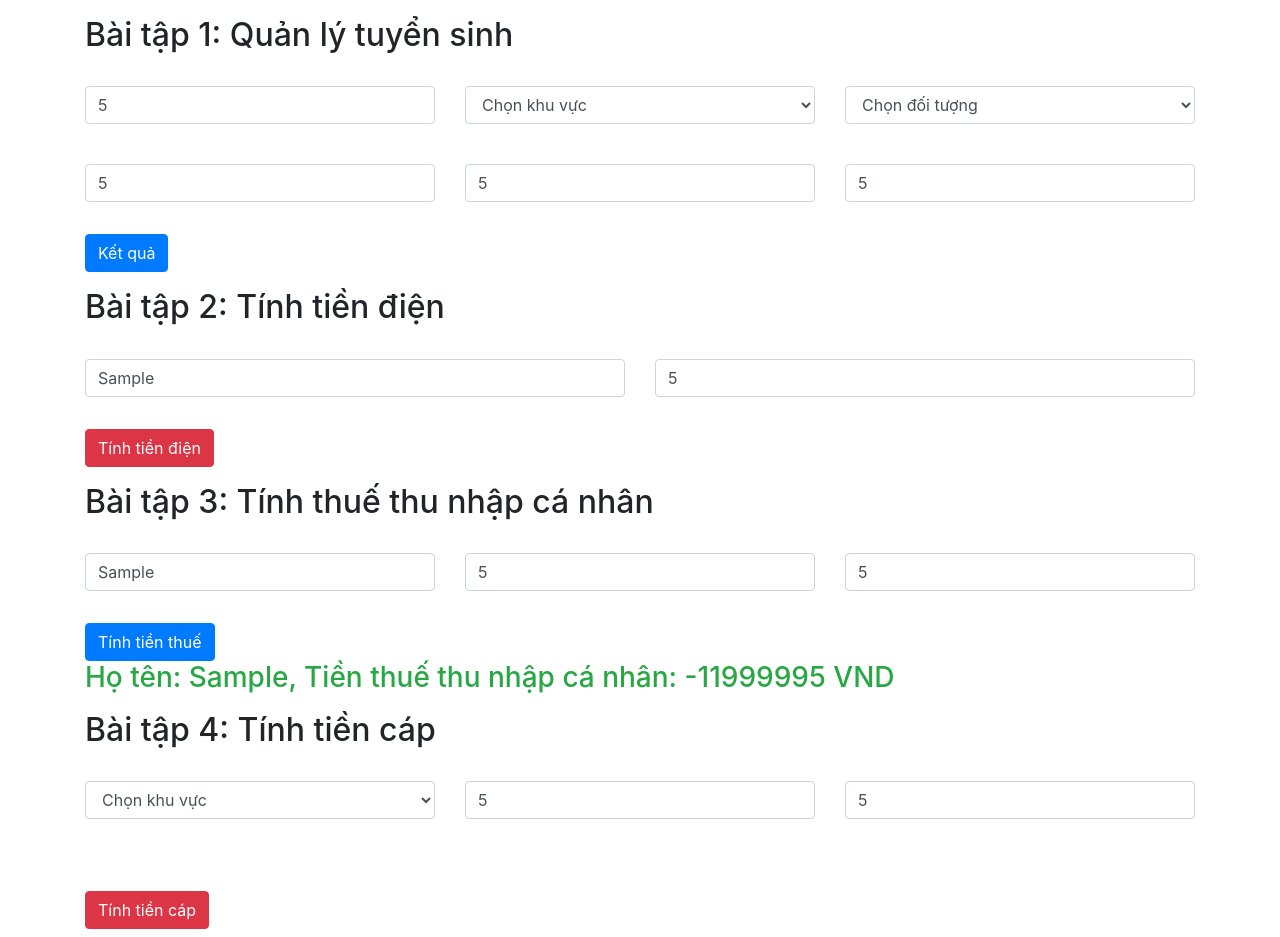
Repository: thanhfrankie/BC10-LeMinhThanh-Js-b5
Page: index.html
An editor plug-in stored every save of this project. The page is shown before and after a run of saves, followed by the edit.
The browser window is 1280 px wide. The pictures show the whole page.
Empty fields were first filled with sample values (such as "Sample", 5 or name@example.com).
After loading, the first visible `button[onclick="tinhTienThue()"]` was clicked once.

Above is the page before, as saved 2023-12-24 22:03:42.

### index.html
<!DOCTYPE html>
<html lang="en">
  <head>
    <title>Title</title>
    <!-- Required meta tags -->
    <meta charset="utf-8" />
    <meta
      name="viewport"
      content="width=device-width, initial-scale=1, shrink-to-fit=no"
    />

    <!-- Bootstrap CSS -->
    <link
      rel="stylesheet"
      href="https://stackpath.bootstrapcdn.com/bootstrap/4.3.1/css/bootstrap.min.css"
      integrity="sha384-ggOyR0iXCbMQv3Xipma34MD+dH/1fQ784/j6cY/iJTQUOhcWr7x9JvoRxT2MZw1T"
      crossorigin="anonymous"
    />
  </head>
  <body>
    <!-- Bài tập 1 -->
    <div class="container">
      <h2 class="mt-3">Bài tập 1: Quản lý tuyển sinh</h2>
      <div class="row">
        <div class="col-sm-4">
          <div class="form-group">
            <label for="diem-chuan"></label>
            <input
              type="number"
              class="form-control"
              name=""
              id="diem-chuan"
              aria-describedby="helpId"
              placeholder="Điểm chuẩn"
              required
            />
          </div>
        </div>
        <div class="col-sm-4">
          <div class="form-group">
            <label for="khu-vuc"></label>
            <select class="form-control" id="khu-vuc">
              <option selected>Chọn khu vực</option>
              <option>A</option>
              <option>B</option>
              <option>C</option>
            </select>
          </div>
        </div>
        <div class="col-sm-4">
          <div class="form-group">
            <label for="doi-tuong"></label>
            <select class="form-control" id="doi-tuong">
              <option selected>Chọn đối tượng</option>
              <option>1</option>
              <option>2</option>
              <option>3</option>
            </select>
          </div>
        </div>
      </div>
      <div class="row">
        <div class="col-sm-4">
          <div class="form-group">
            <label for="diem-mon-thu-1"></label>
            <input
              type="number"
              class="form-control"
              name=""
              id="diem-mon-thu-1"
              aria-describedby="helpId"
              placeholder="Điểm môn thứ 1"
              required
            />
          </div>
        </div>
        <div class="col-sm-4">
          <div class="form-group">
            <label for="diem-mon-thu-2"></label>
            <input
              type="number"
              class="form-control"
              name=""
              id="diem-mon-thu-2"
              aria-describedby="helpId"
              placeholder="Điểm môn thứ 2"
              required
            />
          </div>
        </div>
        <div class="col-sm-4">
          <div class="form-group">
            <label for="diem-mon-thu-3"></label>
            <input
              type="number"
              class="form-control"
              name=""
              id="diem-mon-thu-3"
              aria-describedby="helpId"
              placeholder="Điểm môn thứ 3"
              required
            />
          </div>
        </div>
      </div>
      <button
        type="button"
        onclick="tuyenSinh()"
        class="btn btn-primary mt-3"
        id="ket-qua-tuyen-sinh"
      >
        Kết quả
      </button>
      <h3 id="ket-qua-cuoi-cung" class="text-success"></h3>
    </div>
    <!-- Bài tập 2 -->
    <div class="container">
      <h2 class="mt-3">Bài tập 2: Tính tiền điện</h2>
      <div class="row">
        <div class="col-sm-6">
          <div class="form-group">
            <label for="ho-ten"></label>
            <input
              type="text"
              class="form-control"
              name=""
              id="ho-ten"
              aria-describedby="helpId"
              placeholder="Nhập họ và tên"
              required
            />
          </div>
        </div>
        <div class="col-sm-6">
          <div class="form-group">
            <label for="so-kw"></label>
            <input
              type="number"
              class="form-control"
              name=""
              id="so-kw"
              aria-describedby="helpId"
              placeholder="Nhập số kw"
              required
            />
          </div>
        </div>
      </div>
      <button
        type="button"
        onclick="tinhTienDien()"
        class="btn btn-danger mt-3"
      >
        Tính tiền điện
      </button>

      <h3 id="thong-tin-hoa-don" class="text-success"></h3>
    </div>
    <!-- Bài tập 3-->
    <div class="container">
      <h2 class="mt-3">Bài tập 3: Tính thuế thu nhập cá nhân</h2>
      <div class="row">
        <div class="col-sm-4">
          <div class="form-group">
            <label for="nguoi-tinh-thue"></label>
            <input
              type="text"
              class="form-control"
              name=""
              id="nguoi-tinh-thue"
              aria-describedby="helpId"
              placeholder="Nhập họ tên"
              required
            />
          </div>
        </div>
        <div class="col-sm-4">
          <div class="form-group">
            <label for="thu-nhap-nam"></label>
            <input
              type="number"
              class="form-control"
              name=""
              id="thu-nhap-nam"
              aria-describedby="helpId"
              placeholder="Tổng thu nhập năm"
              required
            />
          </div>
        </div>
        <div class="col-sm-4">
          <div class="form-group">
            <label for="so-nguoi-phu-thuoc"></label>
            <input
              type="number"
              class="form-control"
              name=""
              id="so-nguoi-phu-thuoc"
              aria-describedby="helpId"
              placeholder="Số người phụ thuộc"
              required
            />
          </div>
        </div>
      </div>
      <button type="button" onclick="tinhTienThue()" class="btn btn-primary mt-3">
        Tính tiền thuế
      </button>
      <h3 id="tinh-tien-thue" class="text-success"></h3>
    </div>
    <!-- Bài tập 4-->
    <div class="container">
      <h2 class="mt-3">Bài tập 4: Tính tiền cáp</h2>
      <div class="row">
        <div class="col-sm-4">
          <div class="form-group">
            <label for="khach-hang"></label>
            <select class="form-control" id="khach-hang" onchange="chonKhachHang()">
              <option selected>Chọn khu vực</option>
              <option>Nhà Dân</option>
              <option>Doanh Nghiệp</option>
            </select>
          </div>
        </div>
        <div class="col-sm-4">
          <div class="form-group">
            <label for="ma-khach-hang"></label>
            <input
              type="number"
              class="form-control"
              name=""
              id="ma-khach-hang"
              aria-describedby="helpId"
              placeholder="Nhập mã khách hàng"
              required
            />
          </div>
        </div>
        <div class="col-sm-4">
          <div class="form-group">
            <label for="kenh-cao-cap"></label>
            <input
              type="number"
              class="form-control"
              name=""
              id="kenh-cao-cap"
              aria-describedby="helpId"
              placeholder="Số kênh cao cấp"
              required
            />
          </div>
        </div>
        <div class="col-sm-4">
          <div class="form-group">
            <label for="so-ket-noi"></label>
            <input
              style="display: none"
              type="number"
              class="form-control"
              name=""
              id="so-ket-noi"
              aria-describedby="helpId"
              placeholder="Số kết nối"
              required
            />
          </div>
        </div>
      </div>
      <button type="button" onclick="tinhTienCap()" class="btn btn-danger mt-3">
        Tính tiền cáp
      </button>

      <h3 id="hoa-don-tien-cap" class="text-success"></h3>
    </div>

    <!-- Optional JavaScript -->
    <!-- jQuery first, then Popper.js, then Bootstrap JS -->
    <script
      src="https://code.jquery.com/jquery-3.3.1.slim.min.js"
      integrity="sha384-q8i/X+965DzO0rT7abK41JStQIAqVgRVzpbzo5smXKp4YfRvH+8abtTE1Pi6jizo"
      crossorigin="anonymous"
    ></script>
    <script
      src="https://cdnjs.cloudflare.com/ajax/libs/popper.js/1.14.7/umd/popper.min.js"
      integrity="sha384-UO2eT0CpHqdSJQ6hJty5KVphtPhzWj9WO1clHTMGa3JDZwrnQq4sF86dIHNDz0W1"
      crossorigin="anonymous"
    ></script>
    <script
      src="https://stackpath.bootstrapcdn.com/bootstrap/4.3.1/js/bootstrap.min.js"
      integrity="sha384-JjSmVgyd0p3pXB1rRibZUAYoIIy6OrQ6VrjIEaFf/nJGzIxFDsf4x0xIM+B07jRM"
      crossorigin="anonymous"
    ></script>
    <script src="./index.js"></script>
  </body>
</html>

### index.js
// Bài tập 1
/**
 * B1: tạo biến, lấy giá trị từ input
 * B2: Xét các trường hợp
 * + nếu có môn điểm 0 => rớt
 * + chọn điểm chuẩn: ví dụ: 25
 * + tính điểm ưu tiên
 * + tính điểm tổng kết = tổng 3 môn thi + điểm ưu tiên
 * + so sánh điểm tổng kết và điểm chuẩn để kết luận đậu hay rớt
 * + gán sự kiện cho button
 * B3: hiển thị kết quả
 */
function tuyenSinh() {
  var diemMon1 = document.getElementById("diem-mon-thu-1").value * 1;
  var diemMon2 = document.getElementById("diem-mon-thu-2").value * 1;
  var diemMon3 = document.getElementById("diem-mon-thu-3").value * 1;
  var khuVucA = 2;
  var khuVucB = 1;
  var khuVucC = 0.5;
  var doiTuong1 = 2.5;
  var doiTuong2 = 1.5;
  var doiTuong3 = 1;
  var diemKhuVuc = document.getElementById("khu-vuc").value;
  var diemDoiTuong = document.getElementById("doi-tuong").value * 1;
  var diemUuTien = 0;
  var diemTongKet = 0;
  var ketQua = document.getElementById("ket-qua-cuoi-cung");
  var tongDiem3Mon = diemMon1 + diemMon2 + diemMon3;
  var diemChuan = document.getElementById("diem-chuan").value * 1;
  if (diemMon1 === 0 || diemMon2 === 0 || diemMon3 === 0) {
    ketQua.innerText = `Kết quả: Rớt!!!`;
  }
  if (
    diemKhuVuc !== "A" ||
    diemKhuVuc !== "B" ||
    diemKhuVuc !== "C" ||
    diemDoiTuong !== 1 ||
    diemDoiTuong !== 2 ||
    diemDoiTuong !== 3
  ) {
    ketQua.innerText = `Vui lòng chọn khu vực và đối tượng`;
  }
  if (diemKhuVuc === "A" && diemDoiTuong == 1) {
    diemUuTien = khuVucA + doiTuong1;

    diemTongKet = tongDiem3Mon + diemUuTien;
    if (diemTongKet < diemChuan) {
      return (ketQua.innerText = `Kết quả: ${diemTongKet} - Rớt!!!`);
    }
    return (ketQua.innerText = `Kết quả: ${diemTongKet} - Đậu `);
  }
  if (diemKhuVuc === "A" && diemDoiTuong == 2) {
    diemUuTien = khuVucA + doiTuong2;

    diemTongKet = tongDiem3Mon + diemUuTien;
    if (diemTongKet < diemChuan) {
      return (ketQua.innerText = `Kết quả: ${diemTongKet} - Rớt!!!`);
    }
    return (ketQua.innerText = `Kết quả: ${diemTongKet} - Đậu `);
  }
  if (diemKhuVuc === "A" && diemDoiTuong == 3) {
    diemUuTien = khuVucA + doiTuong3;

    diemTongKet = tongDiem3Mon + diemUuTien;
    if (diemTongKet < diemChuan) {
      return (ketQua.innerText = `Kết quả: ${diemTongKet} - Rớt!!!`);
    }
    return (ketQua.innerText = `Kết quả: ${diemTongKet} - Đậu `);
  }
  if (diemKhuVuc === "B" && diemDoiTuong == 1) {
    diemUuTien = khuVucB + doiTuong1;

    diemTongKet = tongDiem3Mon + diemUuTien;
    if (diemTongKet < diemChuan) {
      return (ketQua.innerText = `Kết quả: ${diemTongKet} - Rớt!!!`);
    }
    return (ketQua.innerText = `Kết quả: ${diemTongKet} - Đậu `);
  }
  if (diemKhuVuc === "B" && diemDoiTuong == 2) {
    diemUuTien = khuVucB + doiTuong2;

    diemTongKet = tongDiem3Mon + diemUuTien;
    if (diemTongKet < diemChuan) {
      return (ketQua.innerText = `Kết quả: ${diemTongKet} - Rớt!!!`);
    }
    return (ketQua.innerText = `Kết quả: ${diemTongKet} - Đậu `);
  }
  if (diemKhuVuc === "B" && diemDoiTuong == 3) {
    diemUuTien = khuVucB + doiTuong3;

    diemTongKet = tongDiem3Mon + diemUuTien;
    if (diemTongKet < diemChuan) {
      return (ketQua.innerText = `Kết quả: ${diemTongKet} - Rớt!!!`);
    }
    return (ketQua.innerText = `Kết quả: ${diemTongKet} - Đậu `);
  }
  if (diemKhuVuc === "C" && diemDoiTuong == 1) {
    diemUuTien = khuVucC + doiTuong1;

    diemTongKet = tongDiem3Mon + diemUuTien;
    if (diemTongKet < diemChuan) {
      return (ketQua.innerText = `Kết quả: ${diemTongKet} - Rớt!!!`);
    }
    return (ketQua.innerText = `Kết quả: ${diemTongKet} - Đậu `);
  }
  if (diemKhuVuc === "C" && diemDoiTuong == 2) {
    diemUuTien = khuVucC + doiTuong2;

    diemTongKet = tongDiem3Mon + diemUuTien;
    if (diemTongKet < diemChuan) {
      return (ketQua.innerText = `Kết quả: ${diemTongKet} - Rớt!!!`);
    }
    return (ketQua.innerText = `Kết quả: ${diemTongKet} - Đậu `);
  }
  if (diemKhuVuc === "C" && diemDoiTuong == 3) {
    diemUuTien = khuVucC + doiTuong3;

    diemTongKet = tongDiem3Mon + diemUuTien;
    if (diemTongKet < diemChuan) {
      return (ketQua.innerText = `Kết quả: ${diemTongKet} - Rớt!!!`);
    }
    return (ketQua.innerText = `Kết quả: ${diemTongKet} - Đậu `);
  }
}

// Bài tập 2
/**
 * B1: tạo biến, lấy giá trị từ input
 * B2: Tính tiền điện
 * + tạo biến để tính số tiền điện theo kw
 * + xét các trường hợp tiêu thụ điện và tính số tiền tương ứng
 * + gán sự kiện click cho button
 * B3: hiển thị kết quả
 */
function tinhTienDien() {
  var hoTen = document.getElementById("ho-ten").value;
  var soKw = document.getElementById("so-kw").value * 1;
  var ketQua = document.getElementById("thong-tin-hoa-don");
  var tienPhaiTra = 0;
  if (soKw <= 50) {
    tienPhaiTra = soKw * 500;
    return (ketQua.innerText = `Họ tên: ${hoTen}, Tiền điện: ${tienPhaiTra}`);
  }
  if (50 < soKw && soKw <= 100) {
    tienPhaiTra = 50 * 500 + (soKw - 50) * 650;
    return (ketQua.innerText = `Họ tên: ${hoTen}, Tiền điện: ${tienPhaiTra}`);
  }
  if (100 < soKw && soKw <= 200) {
    tienPhaiTra = 50 * 500 + 50 * 650 + (soKw - 100) * 850;
    return (ketQua.innerText = `Họ tên: ${hoTen}, Tiền điện: ${tienPhaiTra}`);
  }
  if (200 < soKw && soKw <= 350) {
    tienPhaiTra = 50 * 500 + 50 * 650 + 100 * 850 + (soKw - 200) * 1100;
    return (ketQua.innerText = `Họ tên: ${hoTen}, Tiền điện: ${tienPhaiTra}`);
  }
  if (soKw > 350) {
    tienPhaiTra =
      50 * 500 + 50 * 650 + 100 * 850 + 150 * 1100 + (soKw - 350) * 1300;
    return (ketQua.innerText = `Họ tên: ${hoTen}, Tiền điện: ${tienPhaiTra}`);
  }
}

// Bài tập 3
/**
 * B1: tạo biến, lấy giá trị từ input
 * B2: Tính thuế thu nhập cá nhân
 * + tạo biến để tính tiền thuế theo công thức
 * + gán sự kiện click cho button
 * B3: hiển thị kết quả
 */
function tinhTienThue() {
  var hoTen = document.getElementById("nguoi-tinh-thue").value
  var thuNhapNam = document.getElementById("thu-nhap-nam").value*1
  var soNguoiPhuThuoc = document.getElementById("so-nguoi-phu-thuoc").value * 1
  var thuNhapChiuThue = document.getElementById("tinh-tien-thue")
  var tienThuNhapCaNhan = 0
  if (thuNhapNam < 60) {
    tienThuNhapCaNhan = thuNhapNam - 4e+6 - soNguoiPhuThuoc * 1.6e+6
    return thuNhapChiuThue.innerHTML= `Họ tên: ${hoTen}, Tiền thuế thu nhập cá nhân: ${tienThuNhapCaNhan} VND `
  }
  if (thuNhapNam > 60) {
    tienThuNhapCaNhan = thuNhapNam - 4e+6 - soNguoiPhuThuoc * 1.6e+6
    return thuNhapChiuThue.innerHTML= `Họ tên: ${hoTen}, Tiền thuế thu nhập cá nhân: ${tienThuNhapCaNhan} VND `
  }
}



// Bài tập 4
/**
 * B1: tạo biến, lấy giá trị từ input
 * B2: Tính tiền cáp
 * + gắn sự kiện onchange cho button để kiểm tra có phải Doanh Nghiệp hay không
 * + xét các trường hợp nhà dân, doanh nghiệp để tính hóa đơn
 * + gán sự kiện click cho button
 * B3: hiển thị kết quả
 */
function chonKhachHang() {
  var khachHang = document.getElementById("khach-hang").value;
  var soKetNoi = document.getElementById("so-ket-noi");

  if (khachHang === "Doanh Nghiệp") {
    soKetNoi.style.display = "block";
  } else {
    soKetNoi.style.display = "none";
  }
}

function tinhTienCap() {
  var khachHang = document.getElementById("khach-hang").value;
  var maKhachHang = document.getElementById("ma-khach-hang").value;
  var kenhCaoCap = document.getElementById("kenh-cao-cap").value;
  var soKetNoi = document.getElementById("so-ket-noi").value;
  var hoaDonTienCap = document.getElementById("hoa-don-tien-cap");
  var tongTienPhaiTra = 0;
  var phiXuLyHoaDonNhaDan = 4.5;
  var phiDichVuCoBanNhaDan = 20.5;
  var thueKenhCaoCapNhaDan = 7.5;
  var phiXuLyHoaDonDoanhNghiep = 15;
  var phiDichVuCoBanDoanhNghiep = 0;
  var thueKenhCaoCapDoanhNghiep = 50;
  if (khachHang === "Nhà Dân") {
    tongTienPhaiTra =
      phiXuLyHoaDonNhaDan +
      phiDichVuCoBanNhaDan +
      thueKenhCaoCapNhaDan * kenhCaoCap;
    hoaDonTienCap.innerHTML = ` Khách hàng: ${maKhachHang}, tiền cáp: ${tongTienPhaiTra}  `;
  }
  if (khachHang === "Doanh Nghiệp") {
    if (soKetNoi > 0 && soKetNoi <= 10) {
      phiDichVuCoBanDoanhNghiep = 75;
    }
    if (soKetNoi > 10) {
      phiDichVuCoBanDoanhNghiep = 75 + (soKetNoi - 10) * 5;
    }
    tongTienPhaiTra =
      phiXuLyHoaDonDoanhNghiep +
      phiDichVuCoBanDoanhNghiep +
      thueKenhCaoCapDoanhNghiep * kenhCaoCap;
  }
  hoaDonTienCap.innerHTML = ` Khách hàng: ${khachHang}, tiền cáp: ${tongTienPhaiTra}  `;
}

After the next 4 saves:
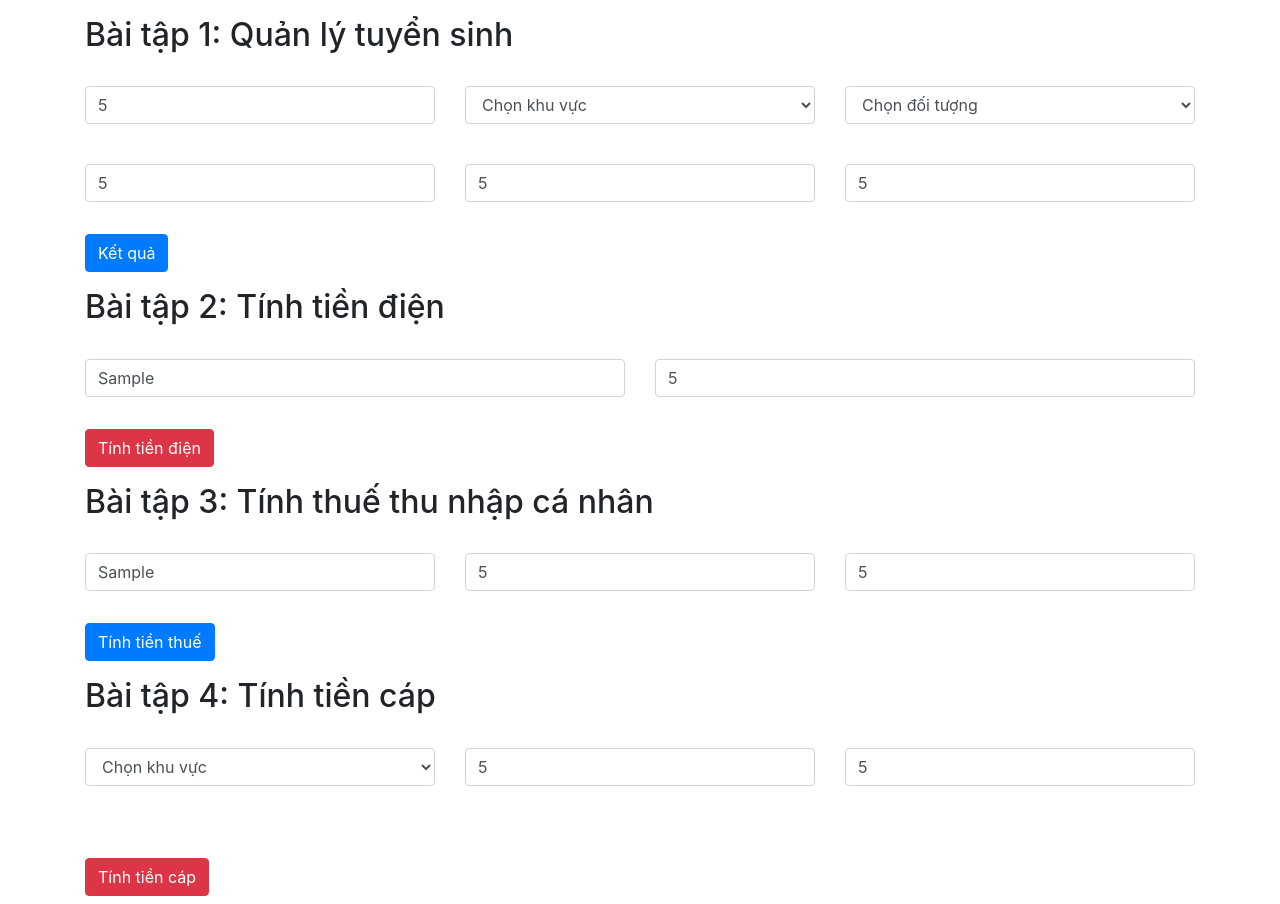
Console error: SyntaxError: Unexpected token ')'
The 4 saves are shown as one change because they came seconds apart.
The last was saved 10 s later.
--- a/index.js
+++ b/index.js
@@ -178,7 +178,7 @@
     tienThuNhapCaNhan = thuNhapNam - 4e+6 - soNguoiPhuThuoc * 1.6e+6
     return thuNhapChiuThue.innerHTML= `Họ tên: ${hoTen}, Tiền thuế thu nhập cá nhân: ${tienThuNhapCaNhan} VND `
   }
-  if (thuNhapNam > 60) {
+  if (thuNhapNam >= 60 && thuNhapNam <) {
     tienThuNhapCaNhan = thuNhapNam - 4e+6 - soNguoiPhuThuoc * 1.6e+6
     return thuNhapChiuThue.innerHTML= `Họ tên: ${hoTen}, Tiền thuế thu nhập cá nhân: ${tienThuNhapCaNhan} VND `
   }

After the save that followed:
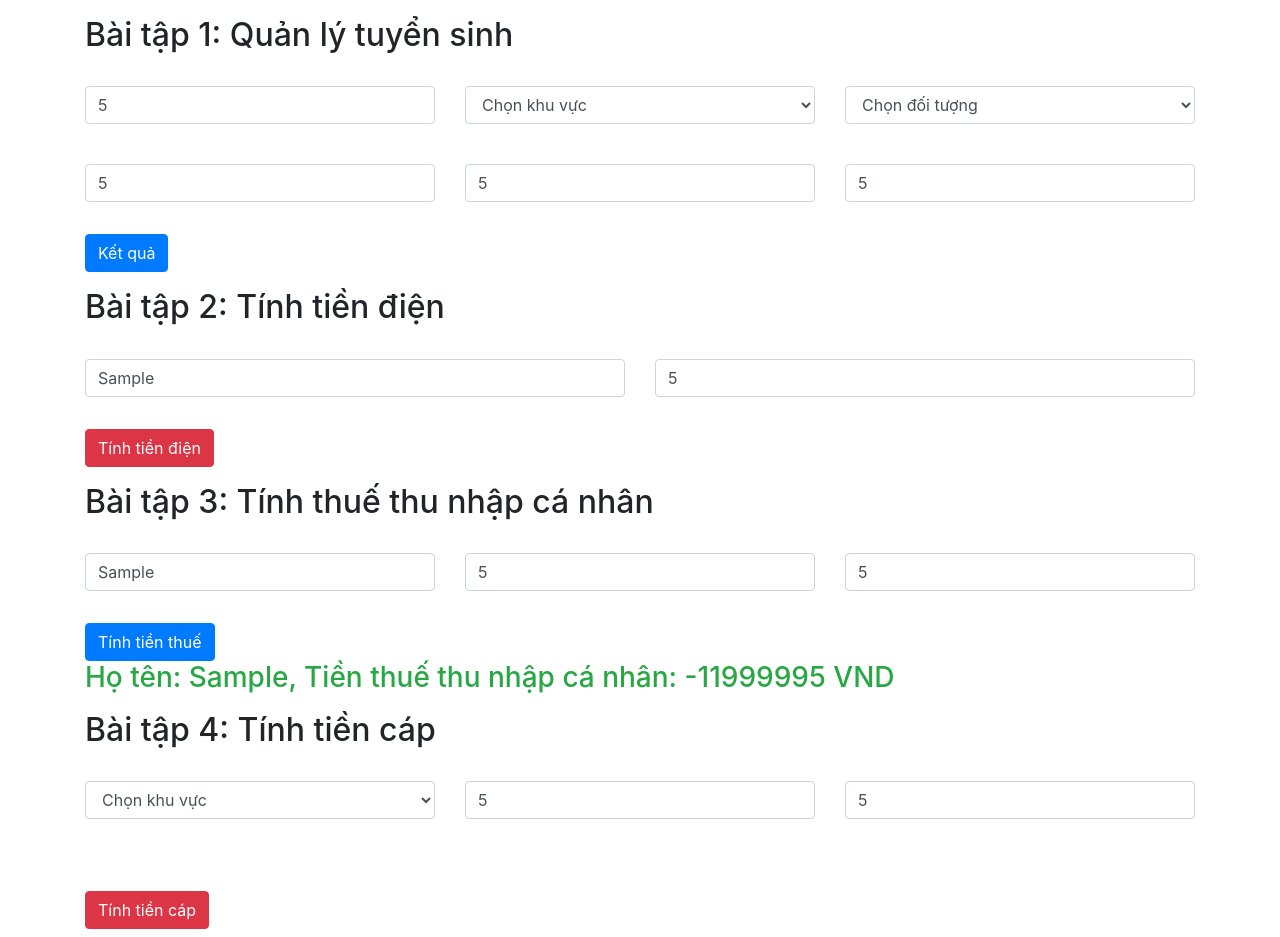
The error is gone.
Saved 16 s later.
--- a/index.js
+++ b/index.js
@@ -178,7 +178,7 @@
     tienThuNhapCaNhan = thuNhapNam - 4e+6 - soNguoiPhuThuoc * 1.6e+6
     return thuNhapChiuThue.innerHTML= `Họ tên: ${hoTen}, Tiền thuế thu nhập cá nhân: ${tienThuNhapCaNhan} VND `
   }
-  if (thuNhapNam >= 60 && thuNhapNam <) {
+  if (thuNhapNam >= 60 && thuNhapNam <120) {
     tienThuNhapCaNhan = thuNhapNam - 4e+6 - soNguoiPhuThuoc * 1.6e+6
     return thuNhapChiuThue.innerHTML= `Họ tên: ${hoTen}, Tiền thuế thu nhập cá nhân: ${tienThuNhapCaNhan} VND `
   }
